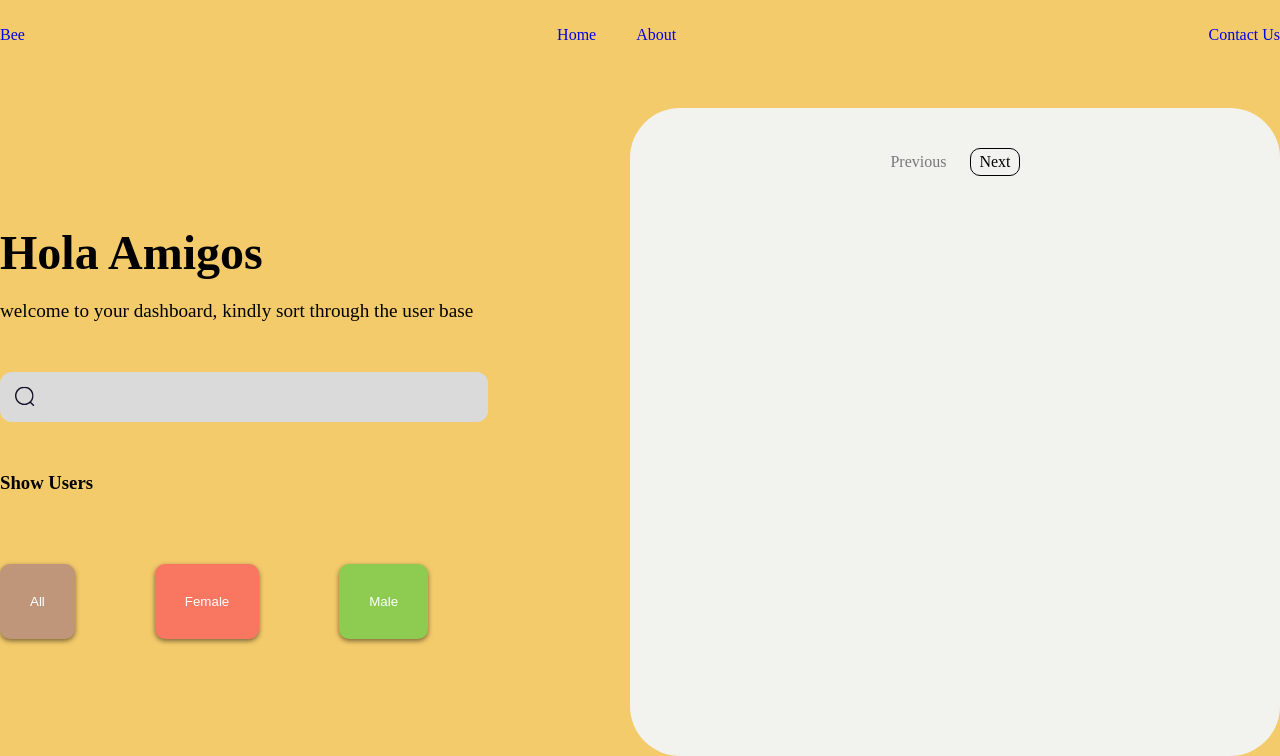
Repository: ble-syn/Random-user-generator-app
Page: /
The author's editor kept a copy of each file at every save. The page is drawn from the files as they stood at one save, then again after the next save.
The browser window is 1280 px wide. The pictures show the whole page.
The page's requests for data from a server got no answer. The project was rebuilt for these pictures with package versions that can differ from the ones it lists, and the page was loaded fresh each time. No one was signed in, and anything a server would have sent is missing. Also part of the build but not shown: src/components/ErrorBoundaries.jsx, src/pages/About.jsx, src/pages/Policy.jsx, src/pages/Terms.jsx, src/pages/Contact.jsx, src/pages/NotFound.jsx.

Above is the page before, as saved 2022-10-26 21:53:24.

### src/index.css
*{
  margin: 0;
  padding: 0;
  box-sizing: border-box;
}
a {
  text-decoration: none;
}

body {
  background-color: #F4CB6B;
}
.container {
  width: 100%;
  max-width: 1300px;
  margin: 0 auto;

}

nav {
  display: flex;
  justify-content: space-between;
  margin: 2% 0 5%;
}
.menu {
  margin: 0 20px;
}

.home-container{
  display: flex;

  align-items: center;
}
/* LEFT STYLES */
#left {
  flex: 5;
}
#left h1 {
  font-size: 3rem;
  font-weight: 700;
  margin-bottom: 20px;
}
#left p {
  font-size: 1.2rem;
  margin-bottom: 20px;
}
.search-input {
  width: 80%;
  background-color: #dadada;
  border-radius: 12px;
  border: none;
  display: flex;
  place-items: center;
  padding-left: 15px;
  margin: 50px 0;
}
input {
  border: none;
  border-radius: 12px;
  background-color: inherit;
  width: 100%;
  height: 50px;
  padding-left: 5px;
  font-size: 20px;
}
input:focus {
  outline: none;
}
input::placeholder {
  color: #171717;
}
.user-link-cont {
  margin-top: 70px;
}
.user-link{
  margin-right: 80px;
  padding: 30px;
  border-radius: 10px;
  color: #FFF;
  cursor: pointer;
  border: none;
  box-shadow: 0px 2px 5px  rgba(0, 0, 0, 0.5);
}
.all-user {
  background-color: #BF9679;
}
.f-user{
  background-color: #F97661;
}
.m-user{
background-color: #8DCC50;
}

#right{
  height: 90vh;
  flex: 5;
  margin-left: 20px;
  background-color: #F2F2EF;
  border-radius: 50px;
  padding: 20px;
}

.usercard {
  background-color: #F2F2EF;
  border-radius: 20px;
  display: flex;
  justify-content: space-between;
  align-items: center;
  padding: 20px;
  margin: 20px 0;
  box-shadow: 0px 2px 5px  rgba(0, 0, 0, 0.5);
}

img {
 border: 5px solid#8DCC50;
  border-radius: 50%;
  margin: 5px 0;
}

.pagination {
  display: flex;
  justify-content: center;
  align-items: center;
  gap: 12px;
  margin: 20px 0;
}

.pagination-num {
  display: flex;
  justify-content: center;
  align-items: center;
  gap: 12px;
}

.pagination-child,
.prev,
.next {
  opacity: 1;
  border: 1px solid #000;
  padding: 4px 8px;
  cursor: pointer;
  border-radius: 10px;
  transition: all 0.3s ease;
}

.pagination-child:hover,
.prev:hover,
.next:hover {
  transform: scale(1.1);
}

.disabled {
  opacity: 0.5;
  cursor: not-allowed;
}

### src/App.js
import { BrowserRouter as Router, Routes, Route, Navigate} from "react-router-dom";
import Navbar from "./components/Navbar";
import Home from "./pages/Home";
import About from "./pages/About";
import Policy from "./pages/Policy";
import Terms from "./pages/Terms";
import Contact from "./pages/Contact";
import NotFound from "./pages/NotFound";

function App() {
  return (
    <div className="container">
      <Router>
      <Navbar />
        <Routes>
          <Route path="/" element={<Home />} />
          <Route path="/about" element={<About />}>
            <Route path="policy" element={<Policy />} />
            <Route path="terms" element={<Terms />} />
          </Route>
          <Route path="/contact" element={<Contact />} />
          <Route path="/not-found" element={<NotFound />} />
          <Route path="*" element={<Navigate to="/not-found" />} />
        </Routes>
      </Router>

    </div>
  );
}

export default App;

### src/components/Navbar.jsx
import React from "react";
import { Link } from "react-router-dom";

function Navbar() {
    return (
      <nav className="header">
        <div className="logo">
          <Link to="/">Bee</Link>
        </div>


        <div>
            <Link to="/" className="menu">Home</Link>

            <Link to="/about" className="menu">About</Link>
        </div>
        <div>
            <Link to="/contact">Contact Us</Link>
        </div>
      </nav>
    );
  }

export default Navbar;

### src/pages/Home.jsx
import { useState, useEffect } from "react";
import Pagination from "../components/pagination";
import ErrorBoundary from "../components/ErrorBoundaries";
import { Link } from "react-router-dom";
import { ReactComponent as Search } from "../assets/Search.svg"
import User from "../components/User";


function Home() {
  const [users, setUsers] = useState([]);
  // const [loading, setLoading] = useState(true);

  const [currentPage, setCurrentPage] = useState(1);
  const [usersPerPage] = useState(4);

  // get users from the randomuser api
  useEffect(() => {
    const fetchUsers = async () => {
      const res = await fetch("https://randomuser.me/api/?results=20");
      const data = await res.json();
      setUsers(data.results);
      // setLoading(false);
    };

    fetchUsers();
  }, []);

  //   loading state
  // if (loading) {
  //   return <Spinner />;
  // }

  //   pagination logic
  const indexOfLastUser = currentPage * usersPerPage;
  const indexOfFirstUser = indexOfLastUser - usersPerPage;
  const currentUsers = users.slice(indexOfFirstUser, indexOfLastUser);
  const numberOfPages = Math.ceil(users.length / usersPerPage);

  return (
    <div className="home-container">
      <div id="left">
        <h1>Hola Amigos</h1>
        <p>welcome to your dashboard, kindly sort through the user base</p>
        <form action="" className="search-input">
          <Search />
          <input type="text" name="" id="" />
        </form>
        <h3>Show Users</h3>
        <div className="user-link-cont">
        <button
        type="button"
        className="user-link all-user"
      >
        All
      </button>
      <button
        type="button"
        className="user-link f-user"

      >
        Female
      </button>
      <button
        type="button"
        className="user-link m-user"

      >
        Male
      </button>
        </div>
      </div>


      <div id="right">
        <ErrorBoundary>
            <User currentUsers={currentUsers} />
          </ErrorBoundary>
          <ErrorBoundary>
            <Pagination
              numberOfPages={numberOfPages}
              currentPage={currentPage}
              setCurrentPage={setCurrentPage}
            />
        </ErrorBoundary>
      </div>
    </div>
  );
}

export default Home;

### src/components/pagination.jsx
import { useState, useEffect } from "react";

function Pagination({ numberOfPages, currentPage, setCurrentPage }) {
  const [disabledPrev, setDisabledPrev] = useState(true);
  const [disabledNext, setDisabledNext] = useState(true);

  const pageNum = [...Array(numberOfPages + 1).keys()].slice(1);

  const prevPage = () => {
    if (currentPage !== 1) {
      setCurrentPage(currentPage - 1);
    }
  };

  const nextPage = () => {
    if (currentPage !== numberOfPages) {
      setCurrentPage(currentPage + 1);
    }
  };

  useEffect(() => {
    if (currentPage > 1) {
      setDisabledPrev(false);
    } else {
      setDisabledPrev(true);
    }

    if (currentPage === numberOfPages) {
      setDisabledNext(true);
    } else {
      setDisabledNext(false);
    }
  }, [currentPage, numberOfPages]);

  return (
    <div>
      <section className="pagination">
        <div className={disabledPrev ? "disabled" : "prev"}>
          <p onClick={prevPage}>Previous</p>
        </div>
        <div className="pagination-num">
          {pageNum.map((num) => (
            <div key={num}>
              <p
                onClick={() => setCurrentPage(num)}
                className="pagination-child"
              >
                {num}
              </p>
            </div>
          ))}
        </div>
        <div className={disabledNext ? "disabled" : "next"}>
          <p onClick={nextPage}>Next</p>
        </div>
      </section>
    </div>
  );
}

export default Pagination;

### src/components/User.jsx
import React from "react";

function User({ currentUsers }) {
  return (
    <div className="">
      {currentUsers.map((user) => (
        <div key={user.login.uuid} className="usercard">
          <img src={user.picture.medium} alt={user.name.first} />
          <div>
             <h3>
              {user.name.first} {user.name.last}
            </h3>
            <p>{user.email}</p>
            <p>
              {user.location.city}, {user.location.country}
            </p>
          </div>

        </div>
      ))}
    </div>
  );
}

export default User;

Loaded but not shown: public/index.html (common file); src/index.js (common file); src/reportWebVitals.js (common file)

After the next save:
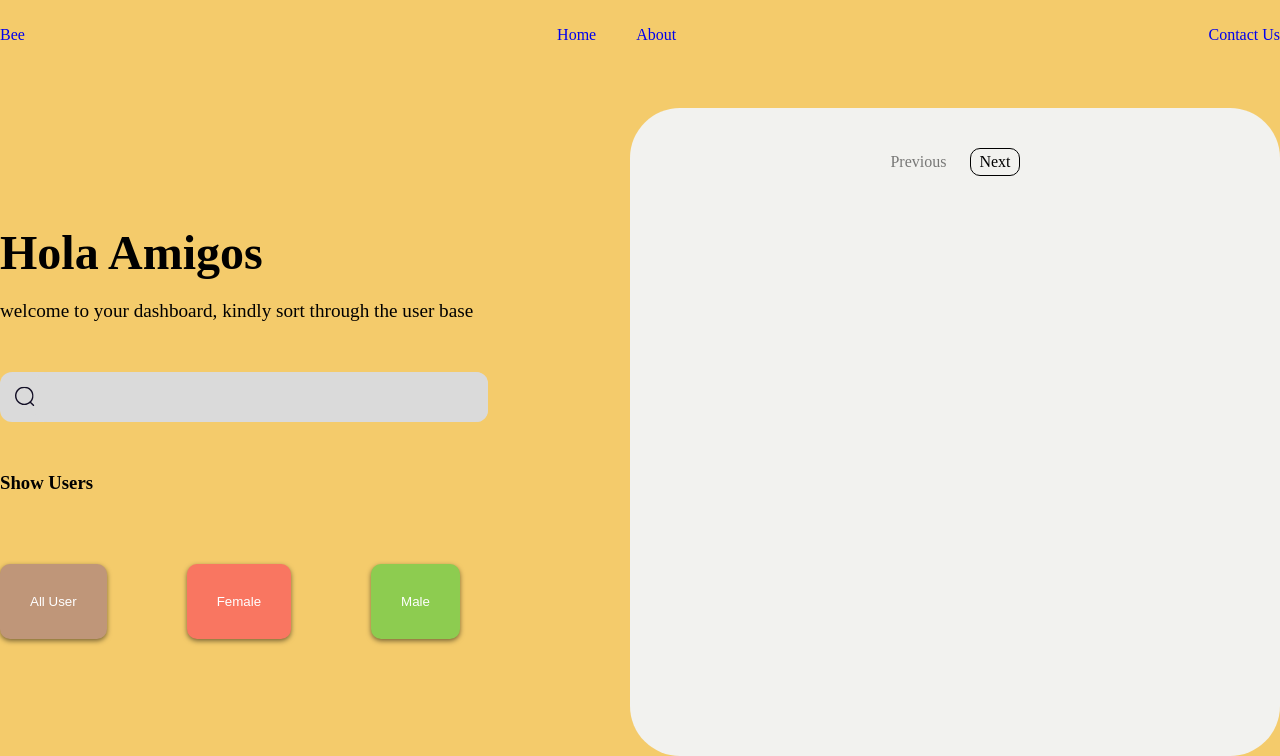
Saved 22 s later.
--- a/src/pages/Home.jsx
+++ b/src/pages/Home.jsx
@@ -51,7 +51,7 @@ function Home() {
         type="button"
         className="user-link all-user"
       >
-        All
+        All User
       </button>
       <button
         type="button"
